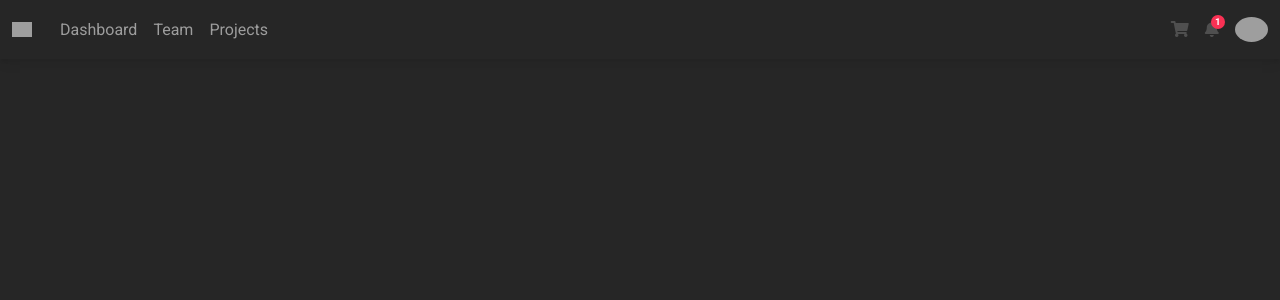
Repository: TzStrikerYT/Bit-Games
Page: index.html
These files come from the project's save history. The page is drawn as it stood at one moment and after the next save; the edit follows.
The browser window is 1280 px wide. The pictures show the whole page.
Pictures or frames that could not be fetched are drawn as grey boxes.

Above is the page before, as saved 2021-12-09 19:50:47.

### index.html
<!DOCTYPE html>
<html lang="en">
  <head>
    <meta charset="UTF-8" />
    <meta http-equiv="X-UA-Compatible" content="IE=edge" />
    <meta name="viewport" content="width=device-width, initial-scale=1.0" />
    <title>Bit-Games</title>

    <!-- Font Awesome -->
    <link
      href="https://cdnjs.cloudflare.com/ajax/libs/font-awesome/5.15.1/css/all.min.css"
      rel="stylesheet"
    />
    <!-- Google Fonts -->
    <link
      href="https://fonts.googleapis.com/css?family=Roboto:300,400,500,700&display=swap"
      rel="stylesheet"
    />
    <!-- MDB -->
    <link
      href="https://cdnjs.cloudflare.com/ajax/libs/mdb-ui-kit/3.10.1/mdb.min.css"
      rel="stylesheet"
    />

    <link rel="stylesheet" href="assets/styles.css">
  </head>
  <body class="bg-dark">
    <!-- Navbar -->
    <nav class="navbar navbar-expand-md navbar-dark bg-dark">
      <!-- Container wrapper -->
      <div class="container-fluid">
        <!-- Toggle button -->
        <button
          class="navbar-toggler"
          type="button"
          data-mdb-toggle="collapse"
          data-mdb-target="#navbarSupportedContent"
          aria-controls="navbarSupportedContent"
          aria-expanded="false"
          aria-label="Toggle navigation"
        >
          <i class="fas fa-bars"></i>
        </button>

        <!-- Collapsible wrapper -->
        <div class="collapse navbar-collapse" id="navbarSupportedContent">
          <!-- Navbar brand -->
          <a class="navbar-brand mt-2 mt-lg-0" href="#">
            <img
              src="https://mdbootstrap.com/img/logo/mdb-transaprent-noshadows.png"
              height="15"
              alt="MDB Logo"
              loading="lazy"
            />
          </a>
          <!-- Left links -->
          <ul class="navbar-nav me-auto mb-2 mb-lg-0">
            <li class="nav-item">
              <a class="nav-link" href="#">Dashboard</a>
            </li>
            <li class="nav-item">
              <a class="nav-link" href="#">Team</a>
            </li>
            <li class="nav-item">
              <a class="nav-link" href="#">Projects</a>
            </li>
          </ul>
          <!-- Left links -->
        </div>
        <!-- Collapsible wrapper -->

        <!-- Right elements -->
        <div class="d-flex align-items-center">
          <!-- Icon -->
          <a class="text-reset me-3" href="#">
            <i class="fas fa-shopping-cart"></i>
          </a>

          <!-- Notifications -->
          <a
            class="text-reset me-3 dropdown-toggle hidden-arrow"
            href="#"
            id="navbarDropdownMenuLink"
            role="button"
            data-mdb-toggle="dropdown"
            aria-expanded="false"
          >
            <i class="fas fa-bell"></i>
            <span class="badge rounded-pill badge-notification bg-danger"
              >1</span
            >
          </a>
          <ul
            class="dropdown-menu dropdown-menu-end"
            aria-labelledby="navbarDropdownMenuLink"
          >
            <li>
              <a class="dropdown-item" href="#">Some news</a>
            </li>
            <li>
              <a class="dropdown-item" href="#">Another news</a>
            </li>
            <li>
              <a class="dropdown-item" href="#">Something else here</a>
            </li>
          </ul>

          <!-- Avatar -->
          <a
            class="dropdown-toggle d-flex align-items-center hidden-arrow"
            href="#"
            id="navbarDropdownMenuLink"
            role="button"
            data-mdb-toggle="dropdown"
            aria-expanded="false"
          >
            <img
              src="https://mdbootstrap.com/img/new/avatars/2.jpg"
              class="rounded-circle"
              height="25"
              alt="Black and White Portrait of a Man"
              loading="lazy"
            />
          </a>
          <ul
            class="dropdown-menu dropdown-menu-end"
            aria-labelledby="navbarDropdownMenuLink"
          >
            <li>
              <a class="dropdown-item" href="#">My profile</a>
            </li>
            <li>
              <a class="dropdown-item" href="#">Settings</a>
            </li>
            <li>
              <a class="dropdown-item" href="#">Logout</a>
            </li>
          </ul>
        </div>
        <!-- Right elements -->
      </div>
      <!-- Container wrapper -->
    </nav>
    <!-- Navbar -->

    <!-- MDB -->
    <script
      type="text/javascript"
      src="https://cdnjs.cloudflare.com/ajax/libs/mdb-ui-kit/3.10.1/mdb.min.js"
    ></script>
  </body>
</html>

Loaded but not shown: assets/styles.css (no stored copy; drawn as an empty file)

After the next save:
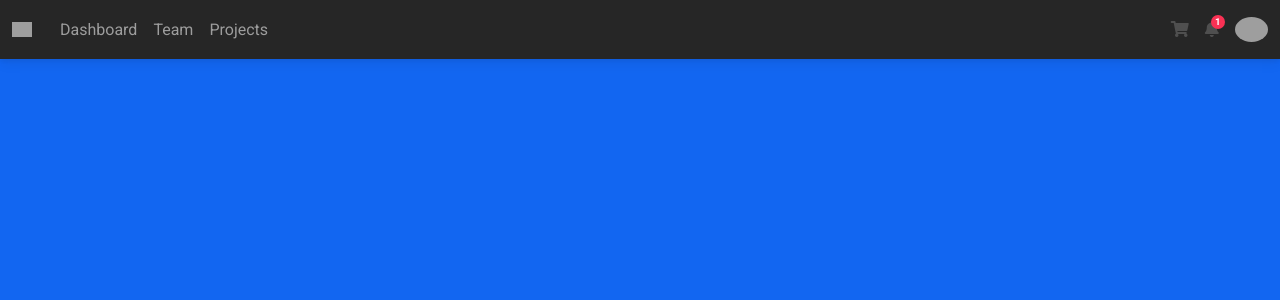
Saved 6 s later.
--- a/index.html
+++ b/index.html
@@ -24,7 +24,7 @@
 
     <link rel="stylesheet" href="assets/styles.css">
   </head>
-  <body class="bg-dark">
+  <body class="bg-primary">
     <!-- Navbar -->
     <nav class="navbar navbar-expand-md navbar-dark bg-dark">
       <!-- Container wrapper -->

After the save that followed:
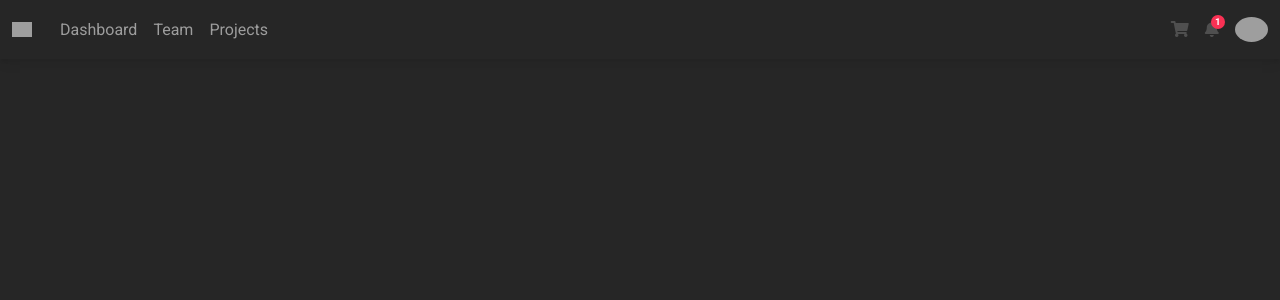
Saved 40 s later.
--- a/index.html
+++ b/index.html
@@ -24,7 +24,7 @@
 
     <link rel="stylesheet" href="assets/styles.css">
   </head>
-  <body class="bg-primary">
+  <body class="bg-dark">
     <!-- Navbar -->
     <nav class="navbar navbar-expand-md navbar-dark bg-dark">
       <!-- Container wrapper -->
